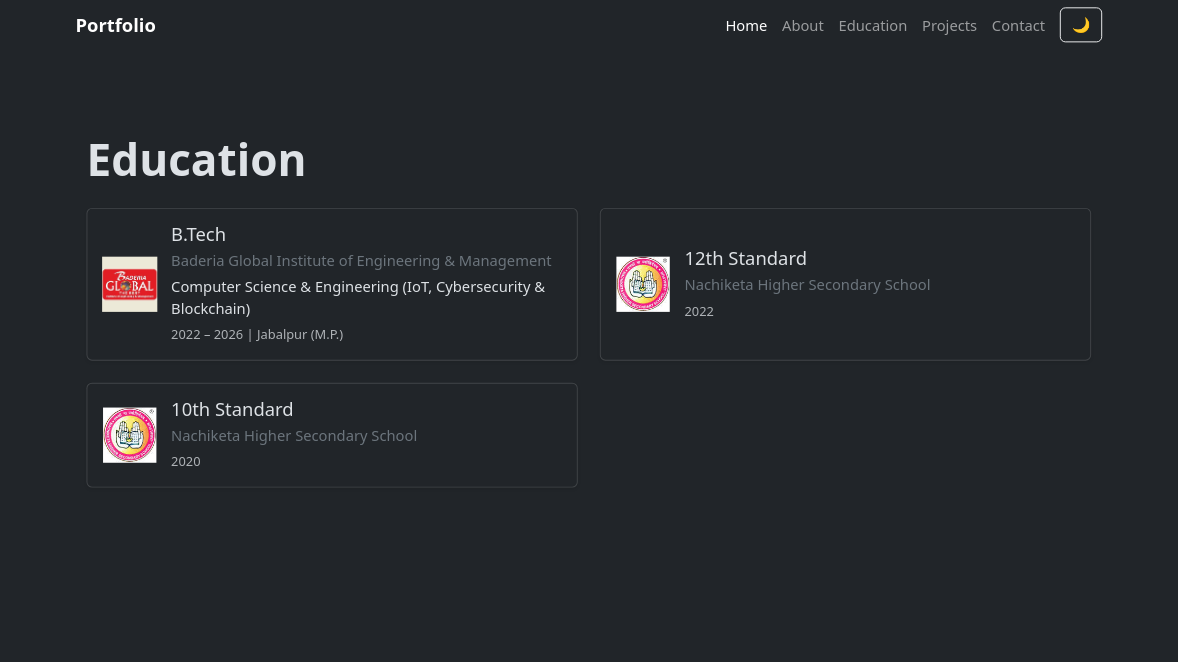
Repository: Shreyasaraf01/shreya-portfolio
Page: http://localhost/education/
These files come from the project's save history. The page is drawn as it stood at one moment and after the next save; the edit follows.
The browser window is 1280 px wide. The pictures show the whole page, at 92% of full size.
The page is served by the project's application, run on Django 5.2 (manage.py). Other server files are loaded and not shown.

Above is the page before, as saved 2025-09-13 22:25:20.

### main/templates/main/education.html
{% extends "base.html" %}
{% load static %}

{% block content %}
<div class="container py-5">
  <!-- Header -->
  <h2 class="display-5 fw-bold mb-4">Education</h2>

  <div class="row g-4">
    <!-- B.Tech -->
    <div class="col-md-6">
      <div class="card shadow-sm h-100 d-flex flex-row align-items-center p-3">
        <img src="{% static 'images/baderia_logo.png' %}"
             alt="Baderia Global Institute Logo"
             style="width:60px; height:60px; object-fit:contain; margin-right:15px;">
        <div>
          <h5 class="card-title mb-1">B.Tech</h5>
          <p class="mb-1 text-secondary">
            Baderia Global Institute of Engineering & Management
          </p>
          <p class="mb-1">Computer Science & Engineering (IoT, Cybersecurity & Blockchain)</p>
          <small class="text-muted">2022 – 2026 | Jabalpur (M.P.)</small>
        </div>
      </div>
    </div>

    <!-- 12th -->
    <div class="col-md-6">
      <div class="card shadow-sm h-100 d-flex flex-row align-items-center p-3">
        <img src="{% static 'images/nachiketa_logo.png' %}"
             alt="Nachiketa School Logo"
             style="width:60px; height:60px; object-fit:contain; margin-right:15px;">
        <div>
          <h5 class="card-title mb-1">12th Standard</h5>
          <p class="mb-1 text-secondary">Nachiketa Higher Secondary School</p>
          <small class="text-muted">2022</small>
        </div>
      </div>
    </div>

    <!-- 10th -->
    <div class="col-md-6">
      <div class="card shadow-sm h-100 d-flex flex-row align-items-center p-3">
        <img src="{% static 'images/nachiketa_logo.png' %}"
             alt="Nachiketa School Logo"
             style="width:60px; height:60px; object-fit:contain; margin-right:15px;">
        <div>
          <h5 class="card-title mb-1">10th Standard</h5>
          <p class="mb-1 text-secondary">Nachiketa Higher Secondary School</p>
          <small class="text-muted">2020</small>
        </div>
      </div>
    </div>
  </div>
</div>
{% endblock %}

### main/templates/base.html
<!DOCTYPE html>
<html lang="en" data-bs-theme="dark">
<head>
  <meta charset="UTF-8">
  <title>Portfolio</title>
  {% load static %}
  <link href="https://cdn.jsdelivr.net/npm/bootstrap@5.3.3/dist/css/bootstrap.min.css" rel="stylesheet">
  <script src="{% static 'js/theme.js' %}" defer></script>
</head>
<body>
  <!-- Navbar -->
  <nav class="navbar navbar-expand-lg navbar-dark bg-dark fixed-top">
    <div class="container">
      <a class="navbar-brand fw-bold" href="/">Portfolio</a>
      <button class="navbar-toggler" type="button" data-bs-toggle="collapse" data-bs-target="#navbarNav" aria-controls="navbarNav" aria-expanded="false" aria-label="Toggle navigation">
        <span class="navbar-toggler-icon"></span>
      </button>
      <div class="collapse navbar-collapse" id="navbarNav">
        <ul class="navbar-nav ms-auto">
          <li class="nav-item"><a class="nav-link active" href="/">Home</a></li>
          <li class="nav-item"><a class="nav-link" href="/about/">About</a></li>
          <li class="nav-item"><a class="nav-link" href="/education/">Education</a></li>
          <li class="nav-item"><a class="nav-link" href="/projects/">Projects</a></li>
          <li class="nav-item"><a class="nav-link" href="/contact/">Contact</a></li>
          <li class="nav-item">
            <button class="btn btn-outline-light ms-2" id="theme-toggle">🌙</button>
          </li>
        </ul>
      </div>
    </div>
  </nav>

  <!-- Main Content Container -->
  <div class="container py-5 mt-5">
    {% block content %}{% endblock %}
  </div>

  <script src="https://cdn.jsdelivr.net/npm/bootstrap@5.3.3/dist/js/bootstrap.bundle.min.js"></script>
</body>
</html>

### main/views.py
from django.shortcuts import render, redirect
from django.core.mail import send_mail
from django.conf import settings

def index(request):
    return render(request, "main/index.html")

def about(request):
    return render(request, "main/about.html")

def education(request):
    return render(request, "main/education.html")

def projects(request):
    return render(request, "main/projects.html")

def contact(request):
    if request.method == "POST":
        name = request.POST.get("name")
        email = request.POST.get("email")
        message = request.POST.get("message")

        send_mail(
            subject=f"Portfolio Contact from {name}",
            message=f"From: {email}\n\n{message}",
            from_email=settings.DEFAULT_FROM_EMAIL,
            recipient_list=[settings.CONTACT_EMAIL],
        )
        return redirect("home")

    return render(request, "main/contact.html")

### shreya_portfolio/urls.py
"""
URL configuration for shreya_portfolio project.

The `urlpatterns` list routes URLs to views. For more information please see:
    https://docs.djangoproject.com/en/5.1/topics/http/urls/
Examples:
Function views
    1. Add an import:  from my_app import views
    2. Add a URL to urlpatterns:  path('', views.home, name='home')
Class-based views
    1. Add an import:  from other_app.views import Home
    2. Add a URL to urlpatterns:  path('', Home.as_view(), name='home')
Including another URLconf
    1. Import the include() function: from django.urls import include, path
    2. Add a URL to urlpatterns:  path('blog/', include('blog.urls'))
"""
from django.contrib import admin
from django.urls import path, include

urlpatterns = [
    path('admin/', admin.site.urls),
    path("", include("main.urls")),
]

### main/urls.py
from django.urls import path
from . import views

urlpatterns = [
    path("", views.index, name="home"),
    path("about/", views.about, name="about"),
    path("education/", views.education, name="education"),
    path("projects/", views.projects, name="projects"),
    path("contact/", views.contact, name="contact"),
]

### main/static/js/theme.js
document.addEventListener("DOMContentLoaded", () => {
  const toggle = document.getElementById("theme-toggle");
  if (!toggle) return;

  toggle.addEventListener("click", () => {
    const html = document.documentElement;
    const current = html.getAttribute("data-bs-theme");
    const next = current === "dark" ? "light" : "dark";
    html.setAttribute("data-bs-theme", next);
    localStorage.setItem("theme", next);
    toggle.textContent = next === "dark" ? "🌙" : "☀️";
  });

  // persist user choice
  const saved = localStorage.getItem("theme");
  if (saved) {
    document.documentElement.setAttribute("data-bs-theme", saved);
    toggle.textContent = saved === "dark" ? "🌙" : "☀️";
  }
});

After the next save:
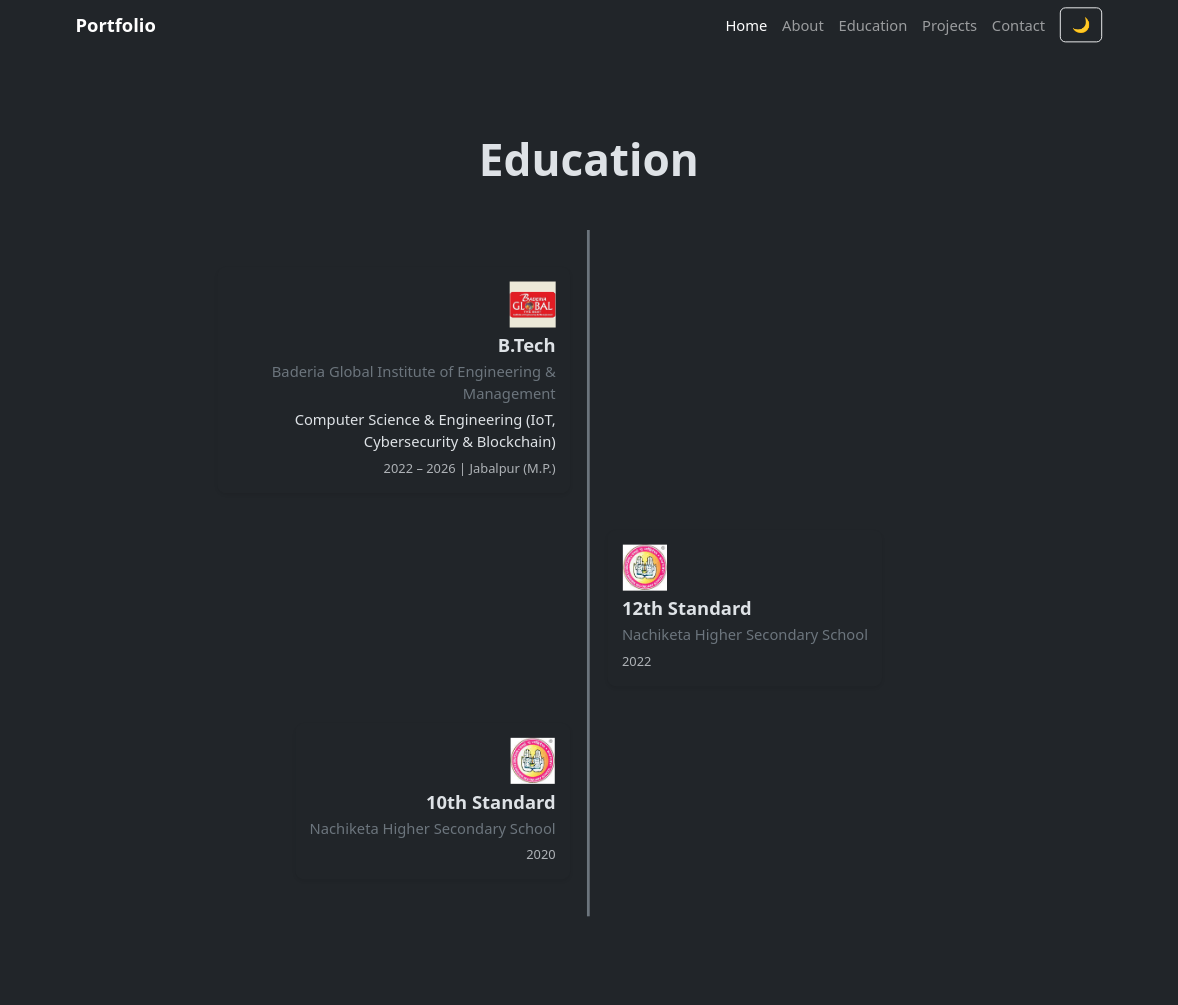
Saved 78 s later.
--- a/main/templates/main/education.html
+++ b/main/templates/main/education.html
@@ -4,53 +4,102 @@
 {% block content %}
 <div class="container py-5">
   <!-- Header -->
-  <h2 class="display-5 fw-bold mb-4">Education</h2>
+  <h2 class="display-5 fw-bold mb-5 text-center">Education</h2>
 
-  <div class="row g-4">
+  <!-- Timeline -->
+  <div class="timeline">
+
     <!-- B.Tech -->
-    <div class="col-md-6">
-      <div class="card shadow-sm h-100 d-flex flex-row align-items-center p-3">
+    <div class="timeline-item left">
+      <div class="timeline-content shadow-sm p-3">
         <img src="{% static 'images/baderia_logo.png' %}"
-             alt="Baderia Global Institute Logo"
-             style="width:60px; height:60px; object-fit:contain; margin-right:15px;">
-        <div>
-          <h5 class="card-title mb-1">B.Tech</h5>
-          <p class="mb-1 text-secondary">
-            Baderia Global Institute of Engineering & Management
-          </p>
-          <p class="mb-1">Computer Science & Engineering (IoT, Cybersecurity & Blockchain)</p>
-          <small class="text-muted">2022 – 2026 | Jabalpur (M.P.)</small>
-        </div>
+             alt="Baderia Logo"
+             class="edu-logo mb-2">
+        <h5 class="fw-bold mb-1">B.Tech</h5>
+        <p class="mb-1 text-secondary">Baderia Global Institute of Engineering & Management</p>
+        <p class="mb-1">Computer Science & Engineering (IoT, Cybersecurity & Blockchain)</p>
+        <small class="text-muted">2022 – 2026 | Jabalpur (M.P.)</small>
       </div>
     </div>
 
     <!-- 12th -->
-    <div class="col-md-6">
-      <div class="card shadow-sm h-100 d-flex flex-row align-items-center p-3">
+    <div class="timeline-item right">
+      <div class="timeline-content shadow-sm p-3">
         <img src="{% static 'images/nachiketa_logo.png' %}"
-             alt="Nachiketa School Logo"
-             style="width:60px; height:60px; object-fit:contain; margin-right:15px;">
-        <div>
-          <h5 class="card-title mb-1">12th Standard</h5>
-          <p class="mb-1 text-secondary">Nachiketa Higher Secondary School</p>
-          <small class="text-muted">2022</small>
-        </div>
+             alt="Nachiketa Logo"
+             class="edu-logo mb-2">
+        <h5 class="fw-bold mb-1">12th Standard</h5>
+        <p class="mb-1 text-secondary">Nachiketa Higher Secondary School</p>
+        <small class="text-muted">2022</small>
       </div>
     </div>
 
     <!-- 10th -->
-    <div class="col-md-6">
-      <div class="card shadow-sm h-100 d-flex flex-row align-items-center p-3">
+    <div class="timeline-item left">
+      <div class="timeline-content shadow-sm p-3">
         <img src="{% static 'images/nachiketa_logo.png' %}"
-             alt="Nachiketa School Logo"
-             style="width:60px; height:60px; object-fit:contain; margin-right:15px;">
-        <div>
-          <h5 class="card-title mb-1">10th Standard</h5>
-          <p class="mb-1 text-secondary">Nachiketa Higher Secondary School</p>
-          <small class="text-muted">2020</small>
-        </div>
+             alt="Nachiketa Logo"
+             class="edu-logo mb-2">
+        <h5 class="fw-bold mb-1">10th Standard</h5>
+        <p class="mb-1 text-secondary">Nachiketa Higher Secondary School</p>
+        <small class="text-muted">2020</small>
       </div>
     </div>
+
   </div>
 </div>
+
+<!-- Custom CSS for Timeline -->
+<style>
+.timeline {
+  position: relative;
+  margin: 0 auto;
+  padding: 20px 0;
+  width: 90%;
+}
+.timeline::after {
+  content: '';
+  position: absolute;
+  width: 3px;
+  background-color: #6c757d;
+  top: 0;
+  bottom: 0;
+  left: 50%;
+  margin-left: -1.5px;
+}
+.timeline-item {
+  padding: 20px;
+  position: relative;
+  width: 50%;
+}
+.timeline-item.left {
+  left: 0;
+  text-align: right;
+}
+.timeline-item.right {
+  left: 50%;
+}
+.timeline-content {
+  background: #212529;
+  border-radius: 10px;
+  padding: 15px;
+  display: inline-block;
+  max-width: 85%;
+}
+.edu-logo {
+  width: 50px;
+  height: 50px;
+  object-fit: contain;
+}
+@media (max-width: 768px) {
+  .timeline::after { left: 8px; }
+  .timeline-item {
+    width: 100%;
+    padding-left: 30px;
+    text-align: left !important;
+  }
+  .timeline-item.right { left: 0; }
+  .timeline-content { max-width: 100%; }
+}
+</style>
 {% endblock %}
